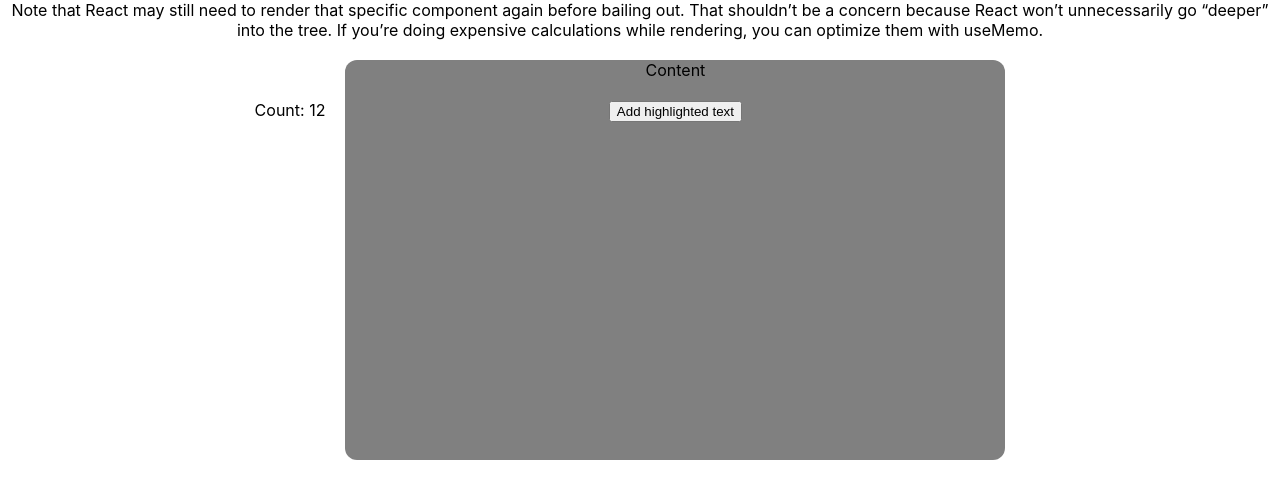
Repository: Farbod29/React-text-highlighter-with-hook-
Page: /
An editor plug-in stored every save of this project. The page is shown before and after a run of saves, followed by the edit.
The browser window is 1280 px wide. The pictures show the whole page.
The project was rebuilt for these pictures with package versions that can differ from the ones it lists, and the page was loaded fresh each time.

Above is the page before, as saved 2022-02-18 21:27:04.

After the next 2 saves:
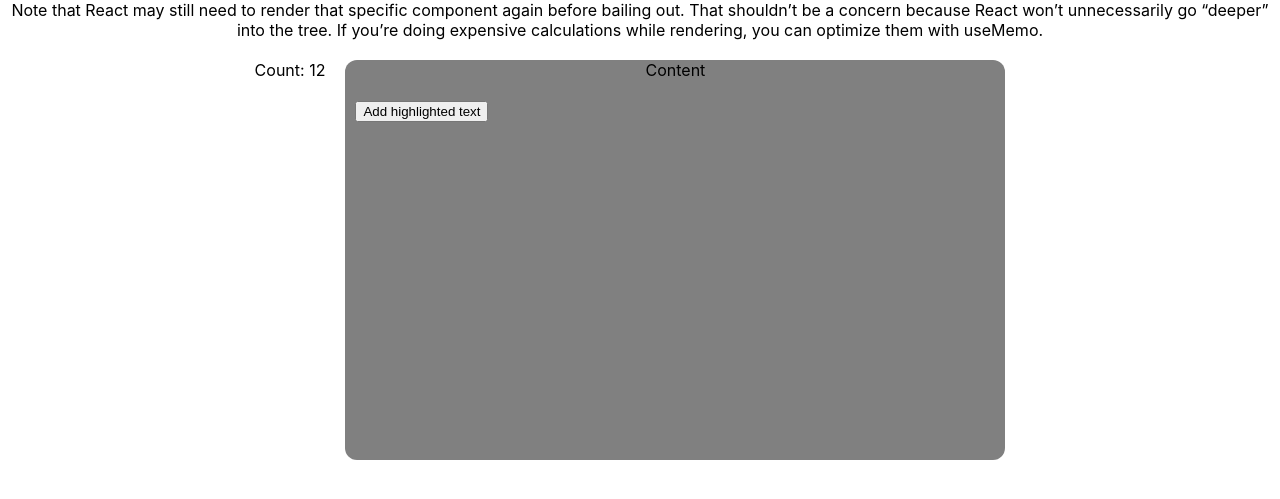
The 2 saves are shown as one change because 1 did not build or start.
The last was saved 49 s later.
--- a/src/highlighter.js
+++ b/src/highlighter.js
@@ -33,7 +33,7 @@ export default function Highlighter() {
         }}
       >
         Content
-        <div style={{ marginTop: '20px' }}>
+        <div style={{ marginTop: '20px', position: 'absolute' }}>
           <button onClick={() => setCount(12)}> Add highlighted text </button>
         </div>
       </div>
